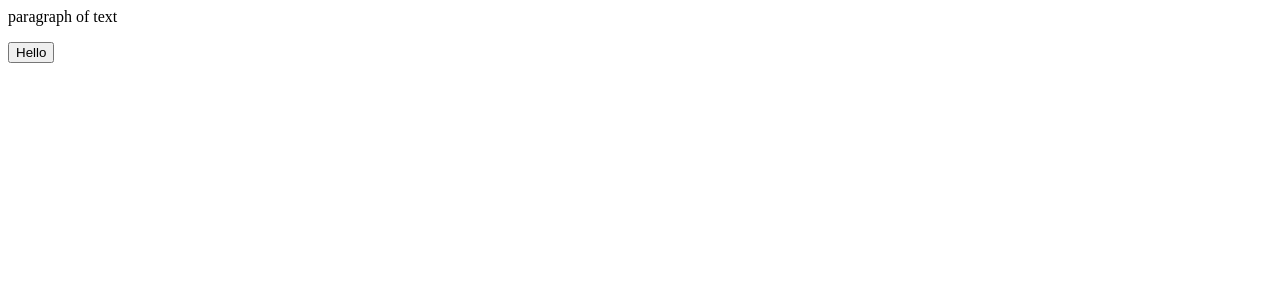
Repository: knowledgeAlan/css-lession-project
Page: lession-02/website.html
The author's editor kept a copy of each file at every save. The page is drawn from the files as they stood at one save, then again after the next save.
The browser window is 1280 px wide. The pictures show the whole page.

Above is the page before, as saved 2024-01-09 19:33:53.

After the next save:
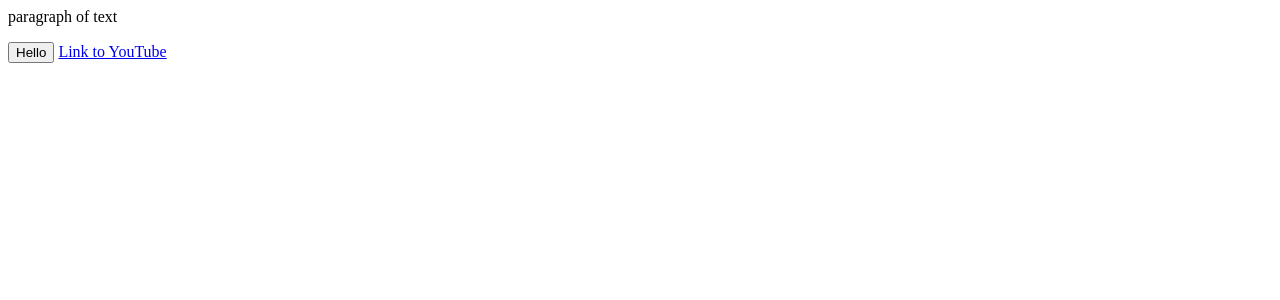
Saved 38 s later.
--- a/lession-02/website.html
+++ b/lession-02/website.html
@@ -6,3 +6,8 @@
 <button>
     Hello
 </button>
+
+
+<a href="https://www.youtube.com/" target="blank">
+    Link to YouTube
+</a>
